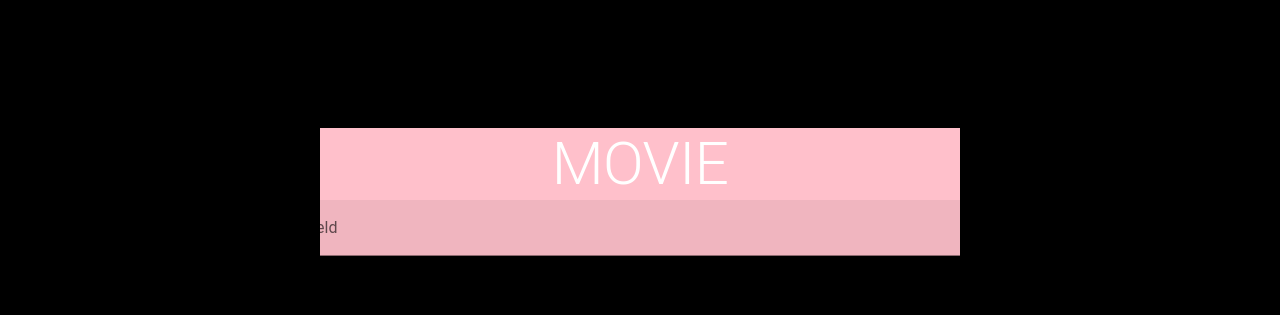
Repository: songjiwon17/movie
Page: /
These files come from the project's save history. The page is drawn as it stood at one moment and after the next save; the edit follows.
The browser window is 1280 px wide. The pictures show the whole page.
The project was rebuilt for these pictures with package versions that can differ from the ones it lists, and the page was loaded fresh each time. Also part of the build but not shown: src/component/Login.js.

Above is the page before, as saved 2024-01-04 21:50:12.

### src/App.js
import { BrowserRouter, Route, Routes } from 'react-router-dom';
import './App.css';
import Home from './component/Home';
import Login from './component/Login';

function App() {
  return (
    <>
      <BrowserRouter>
        <Routes>
          <Route path='/' element={<Home/>}></Route>
          <Route path='login' element={<Login/>}></Route>
        </Routes>
      </BrowserRouter>
    </>
  );
}

export default App;

### src/App.css
@charset "UTF-8";

/* base */
* {
  padding: 0;
  margin: 0;
  box-sizing: border-box;
  font-family: "Noto Sans KR", "맑은 고딕", "Apple SD Gothic Neo", sans-serif;
  color: #fff;
  font-size: 16px;
}

li {
  list-style: none;
}

a {
  display: block;
  text-decoration: none;
}

img {
  display: block;
  border: none;
}

/* Home */
body{
  background-color: #000;
}

.home{
  display: flex; flex-direction: column; justify-content: center; align-items: center;
  width: 50%;
  margin: 10% auto;
  background-color: pink;
}

### src/component/Home.js
import {Link} from 'react-router-dom';
import Header from "./Header";
import SearchForm from './SearchForm';

function Home(){
    return(
        <div className="home">
            <Link to='/'><Header/></Link>
            <SearchForm/>
        </div>
    )
}
export default Home;

### src/component/Header.js
import { Typography } from "@mui/material";

function Header(){
    return(
        <div>
            <Typography variant="h2" align="center">MOVIE</Typography>
        </div>
    )
}
export default Header;

### src/component/SearchForm.js
import TextField from '@mui/material/TextField';

function SearchForm(){
    return(
        <>
        <TextField
        style={{
            width: 800

        }}
          id="filled-search"
          label="Search field"
          type="search"
          variant="filled"
        />
        </>
    )
}
export default SearchForm;

Loaded but not shown: public/index.html (common file); src/index.js (common file); src/index.css (common file); src/reportWebVitals.js (common file)

After the next save:
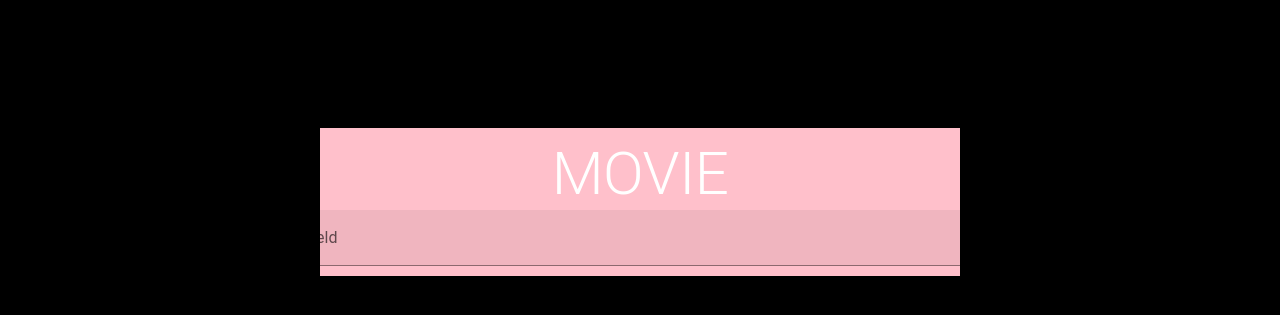
Saved 33 s later.
--- a/src/App.css
+++ b/src/App.css
@@ -32,6 +32,6 @@ body{
 .home{
   display: flex; flex-direction: column; justify-content: center; align-items: center;
   width: 50%;
-  margin: 10% auto;
+  padding: 10px; margin: 10% auto;
   background-color: pink;
 }
